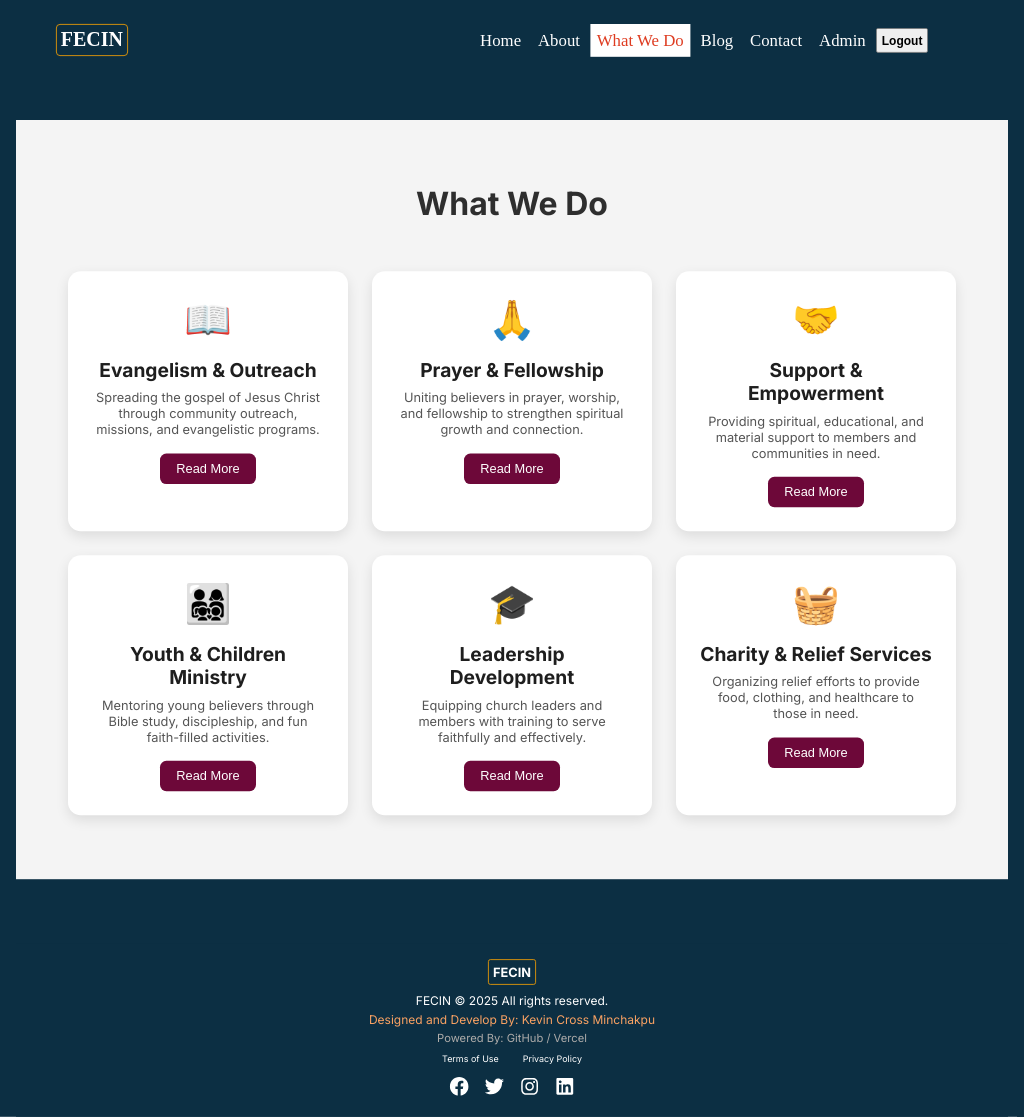
Repository: KCMinchakpu/fecin-projectgs497
Page: /whatwedo
The author's editor kept a copy of each file at every save. The page is drawn from the files as they stood at one save, then again after the next save.
The browser window is 1280 px wide. The pictures show the whole page, at 80% of full size.
The project was rebuilt for these pictures with package versions that can differ from the ones it lists, and the page was loaded fresh each time. The framework's server and built-in components were replaced by stand-ins that run in the browser. Also part of the build but not shown: next.config.mjs.

Above is the page before, as saved 2025-04-05 18:15:48.

After the next save:
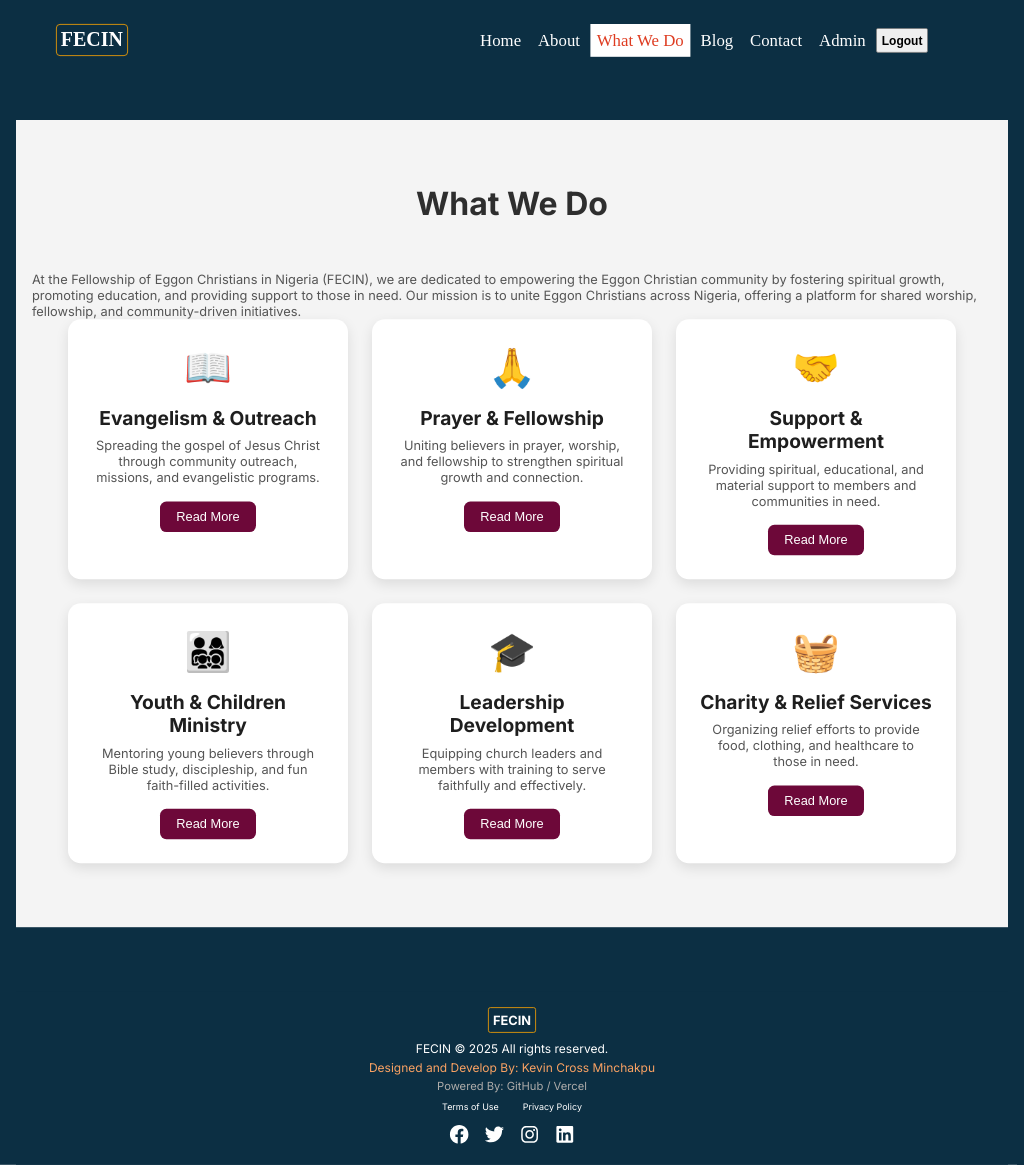
Saved 104 min 32 s later.
--- a/src/app/whatwedo/page.jsx
+++ b/src/app/whatwedo/page.jsx
@@ -45,6 +45,9 @@ const WhatWeDoPage = () => {
     <section className={styles.section}>
       <div className={styles.container}>
         <h2 className={styles.heading}>What We Do</h2>
+        <p className={styles.description}>
+        At the Fellowship of Eggon Christians in Nigeria (FECIN), we are dedicated to empowering the Eggon Christian community by fostering spiritual growth, promoting education, and providing support to those in need. Our mission is to unite Eggon Christians across Nigeria, offering a platform for shared worship, fellowship, and community-driven initiatives.
+      </p>
         <div className={styles.cardGrid}>
           {services.map((service, index) => (
             <div key={index} className={styles.card}>
